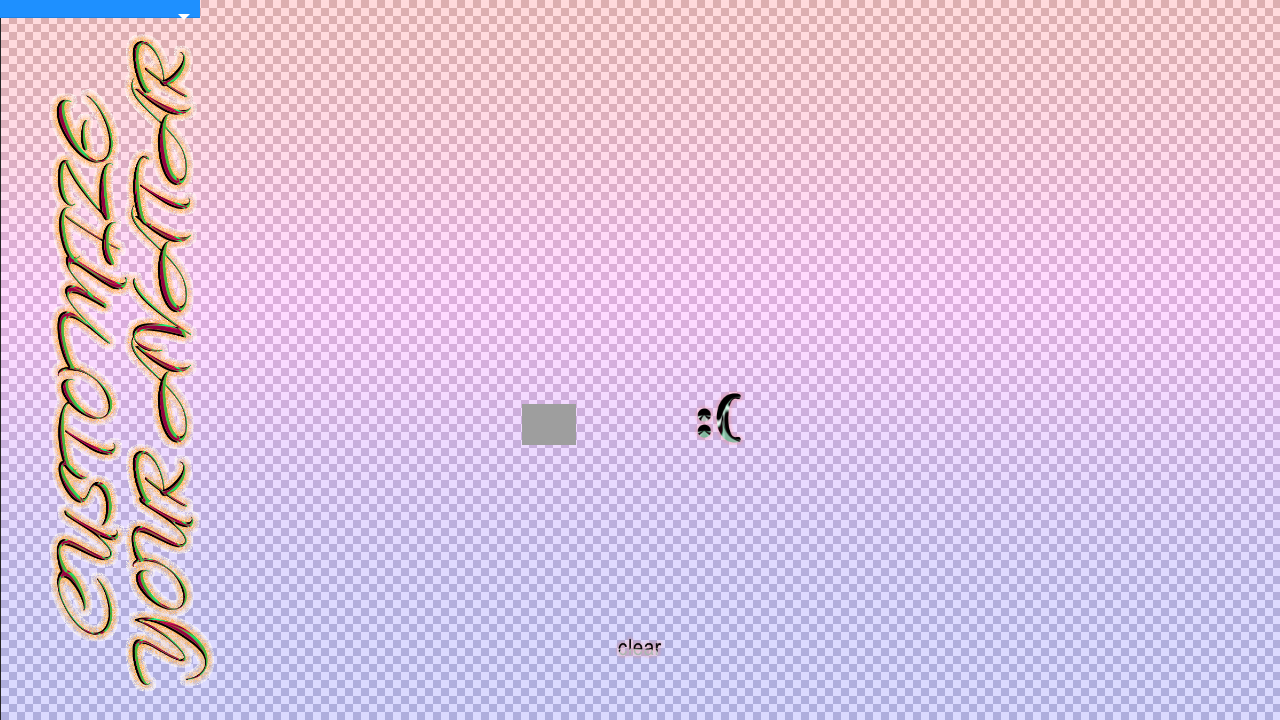
Repository: xuc009/xuc009.github.io
Page: track7/index.html
An editor plug-in stored every save of this project. The page is shown before and after the next save, followed by the edit.
The browser window is 1280 px wide. The pictures show the whole page.
Pictures or frames that could not be fetched are drawn as grey boxes.

Above is the page before, as saved 2018-11-06 15:30:27.

### track7/index.html
!DOCTYPE html>
<html lang="en">
  <head>
    <title>Track 6</title>
    <link rel="shortcut icon" href="" />
    <meta charset="utf-8">
    <meta name="description" content="" />
    <meta property="og:image" content=""/>
    <meta name="viewport" content="width=device-width, initial-scale=1" />
    <script src="https://ajax.googleapis.com/ajax/libs/jquery/3.3.1/jquery.min.js"></script>
    <link href="assets/css/styles.css" media="all" rel="stylesheet" />


  </head>

  <body>
    <div class="wrapper">
      <div class= "title">
            <img src="assets/img/Text2b.gif" width="180">
      </div>
      <div class="mod">
        <div class="custom-select" style="width:200px;">
          <select>
            <option value="0">Select:</option>
            <option value="1">Head</option>
            <option value="2">Torso</option>
            <option value="3">Legs</option>
            <option value="4">Ford</option>
            <option value="5">Honda</option>
            <option value="6">Jaguar</option>
          </select>
        </div>
      </div>

      <div class="buttons">
            <div class="smile">
                  <img src="assets/img/smile.png" width="54px">
            </div>
            <div class="frown">
                  <img src="assets/img/frown.png" width="54px">
            </div>
      </div>
      <div class="clear">
                  <img src="assets/img/clear.png" width="50px">
      </div>
      <div class="body_div"></div>

      <div class="body_div1"></div>


    </div>

    <script src="assets/js/app.js"></script>

  </body>
</html>

### track7/assets/css/styles.css
* { box-sizing: border-box; }

body{
	background-color: #ffffff;
	background-image: url('../img/background.png');
	margin: 0 auto 0 auto;
	font-size: 0px;
	display: inline-block;
}

.title {
	position: fixed;
	top:50%;
  left:10%;
	transform: translate(-50%,-50%);
}

.buttons {
	display: inline-block;
	position: absolute;
	top:58%;
	left:54%;
	transform: translate(-50%,-50%);
}

.smile {
	display: inline-block;
	margin: 0 115px 0 0;
	cursor: pointer;
	z-index:2;
}

.frown {
	display: inline-block;
	margin: 0 115px 0 0;
	cursor: pointer;
	z-index:2;
}

.clear {
	position: absolute;
	top:90%;
	left:50%;
	transform: translate(-50%,-50%);
	cursor: pointer;
}

.hide {
	display: none;
}

.custom-select {
  position: relative;
  font-family: Arial;
}
.custom-select select {
  display: none; /*hide original SELECT element:*/
}
.select-selected {
  background-color: DodgerBlue;
}
/*style the arrow inside the select element:*/
.select-selected:after {
  position: absolute;
  content: "";
  top: 14px;
  right: 10px;
  width: 0;
  height: 0;
  border: 6px solid transparent;
  border-color: #fff transparent transparent transparent;
}
/*point the arrow upwards when the select box is open (active):*/
.select-selected.select-arrow-active:after {
  border-color: transparent transparent #fff transparent;
  top: 7px;
}
/*style the items (options), including the selected item:*/
.select-items div,.select-selected {
  color: #ffffff;
  padding: 8px 16px;
  border: 1px solid transparent;
  border-color: transparent transparent rgba(0, 0, 0, 0.1) transparent;
  cursor: pointer;
}
/*style items (options):*/
.select-items {
  position: absolute;
  background-color: DodgerBlue;
  top: 100%;
  left: 0;
  right: 0;
  z-index: 99;
}
/*hide the items when the select box is closed:*/
.select-hide {
  display: none;
}
.select-items div:hover, .same-as-selected {
  background-color: rgba(0, 0, 0, 0.1);
}


.body_div div {
	display: inline-block;
	background: #fff;
	width: 1px;
	height: 1px;
  }

  #newDiv1 {
	background: #fff;
	background-image: url('../img/1/1.jpg');
	width: 222px;
	height: 220px;
	position: absolute;
	top: 5%;
	left: 75%;
  }

  #newDiv2 {
	background: #fff;
	background-image: url('../img/1/2.jpg');
	width: 222px;
	height: 194px;
	position: absolute;
	top: 65%;
	left: 0%;
  }

  #newDiv3 {
	background: #fff;
	background-image: url('../img/1/3.jpg');
	width: 120px;
	height: 90px;
	position: absolute;
	top: 70%;
	left: 85%;
  }

  #newDiv4 {
	background: #fff;
	background-image: url('../img/1/4.jpg');
	width: 222px;
	height: 124px;
	position: absolute;
	top: 40%;
	left: 40%;
    z-index: -1;
  }


  #newDiv5 {
	background: #fff;
	background-image: url('../img/1/5.jpg');
	width: 222px;
	height: 144px;
	position: absolute;
	top: 12%;
	left: 15%;
  }

  #newDiv6 {
	background: #fff;
	background-image: url('../img/1/6.jpg');
	width: 222px;
	height: 124px;
	position: absolute;
	top: 0%;
	left: 10%;
  }

  #newDiv7 {
	background: #fff;
	background-image: url('../img/1/7.jpg');
	width: 120px;
	height: 83px;
	position: absolute;
	top: 0%;
	left: 88%;
  }

  #newDiv8 {
	background: #fff;
	background-image: url('../img/1/8.jpg');
	width: 120px;
	height: 87px;
	position: absolute;
	top: 50%;
	left: 91%;
  }

  #newDiv9 {
	background: #fff;
	background-image: url('../img/1/9.jpg');
	width: 222px;
	height: 168px;
	position: absolute;
	top: 0%;
	left: 45%;
  }

  #newDiv10 {
	background: #fff;
	background-image: url('../img/1/10.jpg');
	width: 120px;
	height: 120px;
	position: absolute;
	top: 55%;
	left: 25%;
  }

  #newDiv11 {
	background: #fff;
	background-image: url('../img/1/11.gif');
	width: 222px;
	height: 120px;
	position: absolute;
	top: 30%;
	left: 0%;
  }

  #newDiv12 {
	background: #fff;
	background-image: url('../img/1/12.gif');
	width: 222px;
	height: 222px;
	position: absolute;
	top: 70%;
	left: 60%;
  }

  #newDiv13 {
	background: #fff;
	background-image: url('../img/1/13.gif');
	width: 300px;
	height: 158px;
	position: absolute;
	top: 30%;
	left: 80%;
  }

  #newDiv14 {
	background: #fff;
	background-image: url('../img/1/14.jpg');
	width: 300px;
	height: 231px;
	position: absolute;
	top: 70%;
	left: 20%;
  }

  #newDiv15 {
	background: #fff;
	background-image: url('../img/1/15.jpg');
	width: 120px;
	height: 152px;
	position: absolute;
	top: 80%;
	left: 92%;
  }

  #newDiv16 {
	background: #fff;
	background-image: url('../img/1/16.jpg');
	width: 120px;
	height: 90px;
	position: absolute;
	top: 8%;
	left: 38%;
  }

  .body_div1 div {
	display: inline-block;
	background: #fff;
	width: 1px;
	height: 1px;
  }

  #newDivb1 {
	background: #fff;
	background-image: url('../img/2/2.jpg');
	width: 222px;
	height: 125px;
	position: absolute;
	top: 40%;
	left: 83%;
  }

  #newDivb2 {
	background: #fff;
	background-image: url('../img/2/2.jpg');
	width: 222px;
	height: 125px;
	position: absolute;
	top: 40%;
	left: 83%;
  }

  #newDivb3 {
	background: #fff;
	background-image: url('../img/2/4.gif');
	width: 300px;
	height: 169px;
	position: absolute;
	top: 5%;
	left: 5%;
  }

  #newDivb4 {
	background: #fff;
	background-image: url('../img/2/4.jpg');
	width: 222px;
	height: 177px;
	position: absolute;
	top: 55%;
	left: 87%;
  }

  #newDivb5 {
	background: #fff;
	background-image: url('../img/2/7.gif');
	width: 250px;
	height: 250px;
	position: absolute;
	top: 67%;
	left: 50%;
  }

### track7/assets/js/app.js
var counter = 1;

$('.frown').click(function(){
  //alert("Hello! I am an alert box!!");
  var $newDiv = $("<div></div>");
  $newDiv.attr("id", "newDiv" + counter++);
  $(".body_div").append($newDiv);
});

$('.smile').click(function(){
    //alert("Hello! I am an alert box!!");
    var $newDivb = $("<div></div>");
    $newDivb.attr("id", "newDivb" + counter++);
    $(".body_div1").append($newDivb);
  });

  $('.clear').click(function() {
    $('.body_div').addClass('hide');
});

var x, i, j, selElmnt, a, b, c;
/*look for any elements with the class "custom-select":*/
x = document.getElementsByClassName("custom-select");
for (i = 0; i < x.length; i++) {
  selElmnt = x[i].getElementsByTagName("select")[0];
  /*for each element, create a new DIV that will act as the selected item:*/
  a = document.createElement("DIV");
  a.setAttribute("class", "select-selected");
  a.innerHTML = selElmnt.options[selElmnt.selectedIndex].innerHTML;
  x[i].appendChild(a);
  /*for each element, create a new DIV that will contain the option list:*/
  b = document.createElement("DIV");
  b.setAttribute("class", "select-items select-hide");
  for (j = 0; j < selElmnt.length; j++) {
    /*for each option in the original select element,
    create a new DIV that will act as an option item:*/
    c = document.createElement("DIV");
    c.innerHTML = selElmnt.options[j].innerHTML;
    c.addEventListener("click", function(e) {
        /*when an item is clicked, update the original select box,
        and the selected item:*/
        var y, i, k, s, h;
        s = this.parentNode.parentNode.getElementsByTagName("select")[0];
        h = this.parentNode.previousSibling;
        for (i = 0; i < s.length; i++) {
          if (s.options[i].innerHTML == this.innerHTML) {
            s.selectedIndex = i;
            h.innerHTML = this.innerHTML;
            y = this.parentNode.getElementsByClassName("same-as-selected");
            for (k = 0; k < y.length; k++) {
              y[k].removeAttribute("class");
            }
            this.setAttribute("class", "same-as-selected");
            break;
          }
        }
        h.click();
    });
    b.appendChild(c);
  }
  x[i].appendChild(b);
  a.addEventListener("click", function(e) {
      /*when the select box is clicked, close any other select boxes,
      and open/close the current select box:*/
      e.stopPropagation();
      closeAllSelect(this);
      this.nextSibling.classList.toggle("select-hide");
      this.classList.toggle("select-arrow-active");
    });
}
function closeAllSelect(elmnt) {
  /*a function that will close all select boxes in the document,
  except the current select box:*/
  var x, y, i, arrNo = [];
  x = document.getElementsByClassName("select-items");
  y = document.getElementsByClassName("select-selected");
  for (i = 0; i < y.length; i++) {
    if (elmnt == y[i]) {
      arrNo.push(i)
    } else {
      y[i].classList.remove("select-arrow-active");
    }
  }
  for (i = 0; i < x.length; i++) {
    if (arrNo.indexOf(i)) {
      x[i].classList.add("select-hide");
    }
  }
}
/*if the user clicks anywhere outside the select box,
then close all select boxes:*/
document.addEventListener("click", closeAllSelect);

After the next save:
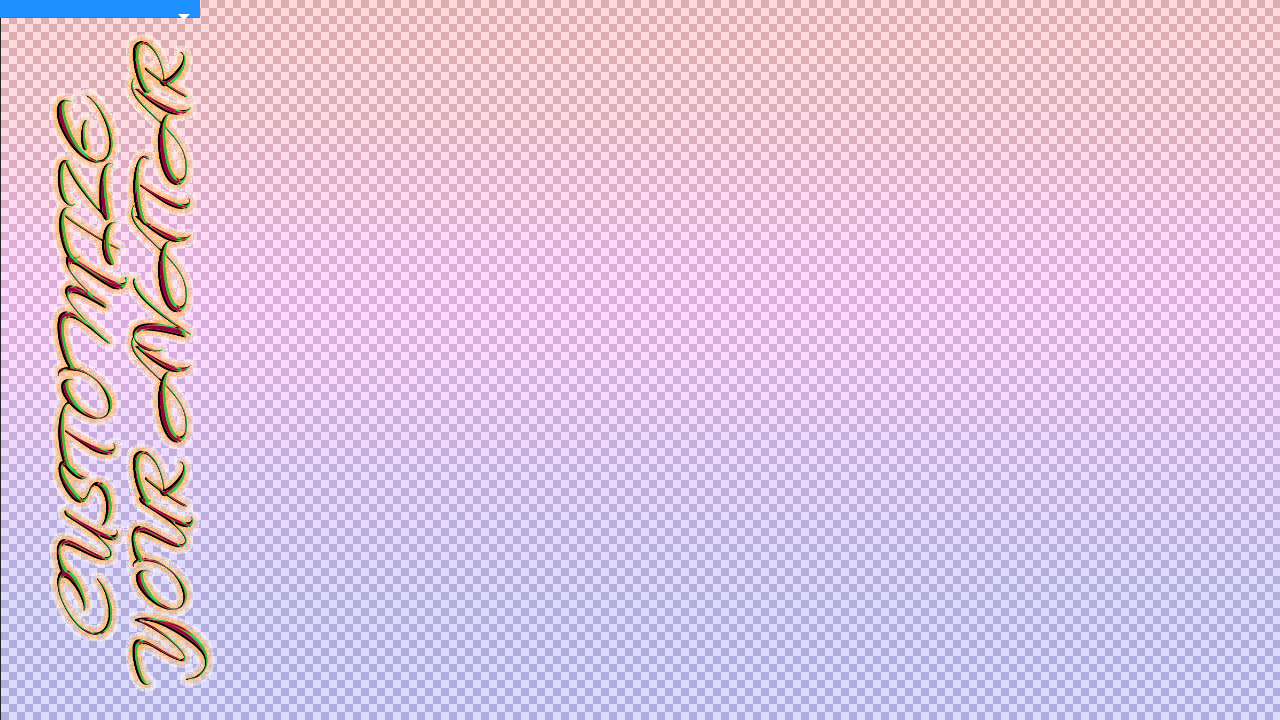
Saved 9 min 37 s later.
--- a/track7/index.html
+++ b/track7/index.html
@@ -32,7 +32,7 @@
         </div>
       </div>
 
-      <div class="buttons">
+      <!-- <div class="buttons">
             <div class="smile">
                   <img src="assets/img/smile.png" width="54px">
             </div>
@@ -46,7 +46,7 @@
       <div class="body_div"></div>
 
       <div class="body_div1"></div>
-
+ -->
 
     </div>
 
